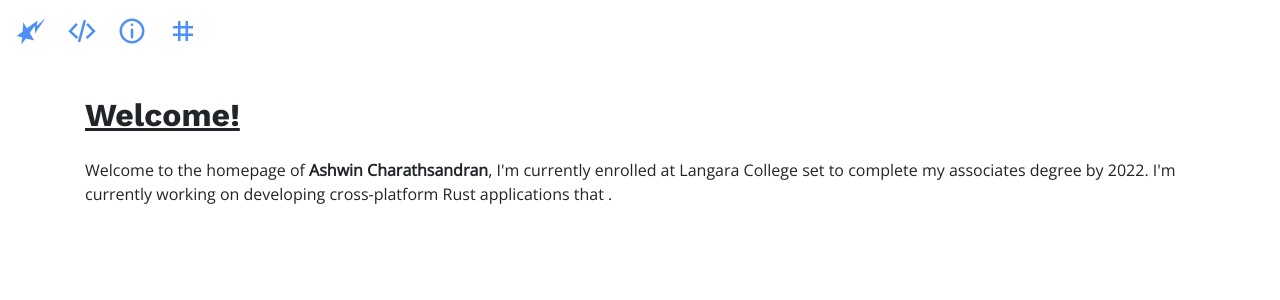
Repository: xxiz/ashwin.lol_flask
Page: http://localhost/
These files come from the project's save history. The page is drawn as it stood at one moment and after the next save; the edit follows.
The browser window is 1280 px wide. The pictures show the whole page.
The page is served by the project's application, run on Flask 3 (app.py).

Above is the page before, as saved 2021-08-31 17:10:51.

After the next save:
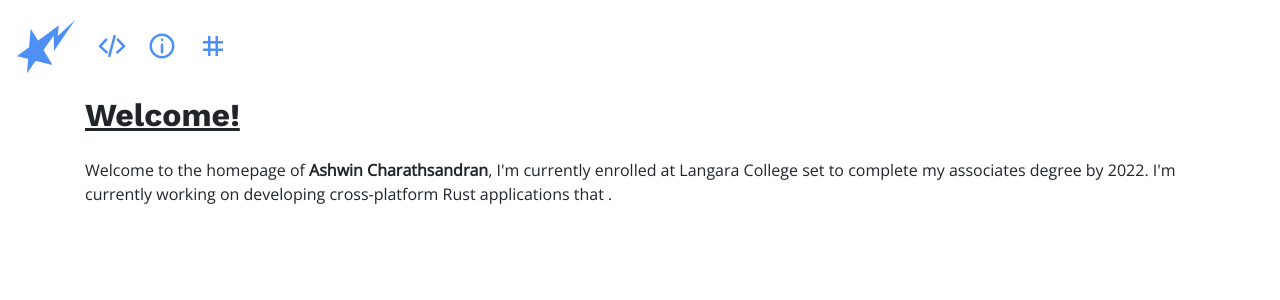
Saved 10 s later.
--- a/static/app.css
+++ b/static/app.css
@@ -60,7 +60,7 @@ main {
     padding-top: 80px;
 }
 
-.logo {
+.logo svg {
     width: 60px;
 }
 
